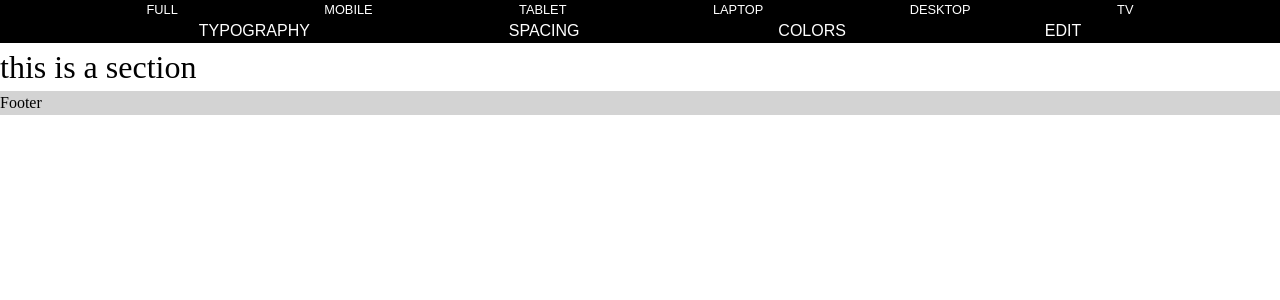
Repository: Terrycoco/coco-playground
Page: /
The author's editor kept a copy of each file at every save. The page is drawn from the files as they stood at one save, then again after the next save.
The browser window is 1280 px wide. The pictures show the whole page.
The project was rebuilt for these pictures with package versions that can differ from the ones it lists, and the page was loaded fresh each time. The framework's server and built-in components were replaced by stand-ins that run in the browser. Also part of the build but not shown: next.config.js.

Above is the page before, as saved 2023-03-20 10:26:09.

After the next save:
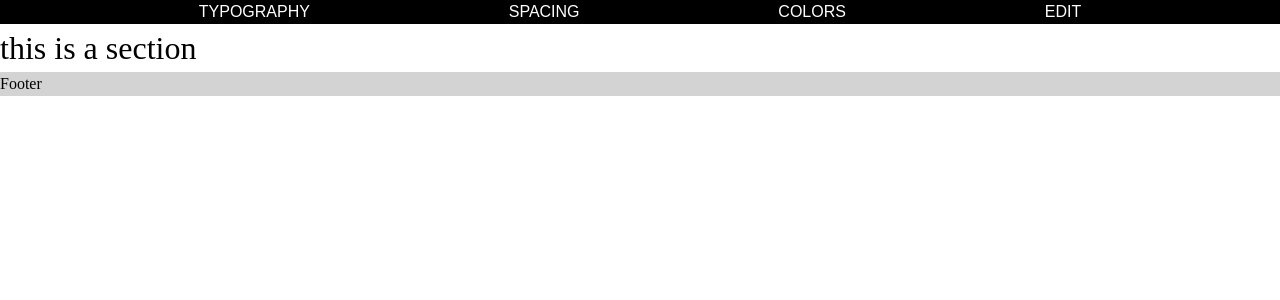
Saved 73 s later.
--- a/src/app/layout.js
+++ b/src/app/layout.js
@@ -4,7 +4,7 @@
 import { Providers } from "./store/provider";
 import "./globals.css";
 import Header from "@/components/layout/Header.js";
-import DeviceHeader from "@/components/layout/DeviceHeader";
+
 import Footer from "@/components/layout/Footer";
 import ScreenEmulator from "@/components/layout/ScreenEmulator";
 
@@ -24,8 +24,6 @@ export default function RootLayout({ children }) {
       <body>
         <Providers>
           <>
-            <DeviceHeader />
-
             <Header />
             <ScreenEmulator>
               {children}
